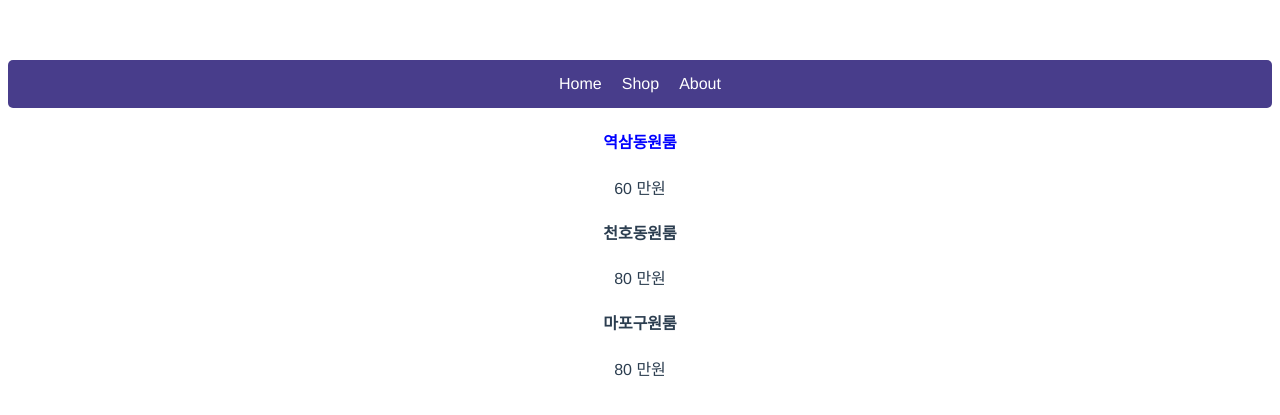
Repository: jy0813/Function
Page: / (app in function/)
An editor plug-in stored every save of this project. The page is shown before and after the next save, followed by the edit.
The browser window is 1280 px wide. The pictures show the whole page.
The project was rebuilt for these pictures with package versions that can differ from the ones it lists, and the page was loaded fresh each time.

Above is the page before, as saved 2022-02-23 14:41:55.

### function/src/App.vue
<template>
<div class="menu">
  <a v-for="item in menu" :key="item">{{item}}</a>
  </div>
<div>
  <h4 :style="style">{{products[0]}}</h4>
  <p>{{price1}} 만원</p>
</div>
<div>
  <h4>{{products[1]}}</h4>
  <p>{{price2}} 만원</p>
</div>
<div>
  <h4>{{products[2]}}</h4>
  <p>{{price2}} 만원</p>
</div>
</template>

<script>


export default {
  name: 'App',
  data() {
    return {
      price1: 60,
      price2: 80,
      price3: 100,
      style : 'color : blue',
      products:['역삼동원룸','천호동원룸','마포구원룸'],
      menu:['Home','Shop','About'],
    }
  }
}
</script>

<style>
#app {
  font-family: Avenir, Helvetica, Arial, sans-serif;
  -webkit-font-smoothing: antialiased;
  -moz-osx-font-smoothing: grayscale;
  text-align: center;
  color: #2c3e50;
  margin-top: 60px;
}

.menu {
  background: darkslateblue;
  padding: 15px;
  border-radius: 5px;
}

.menu a {
  color:white;
  padding:10px;
}


</style>

Loaded but not shown: function/public/index.html (common file); function/src/main.js (common file)

After the next save:
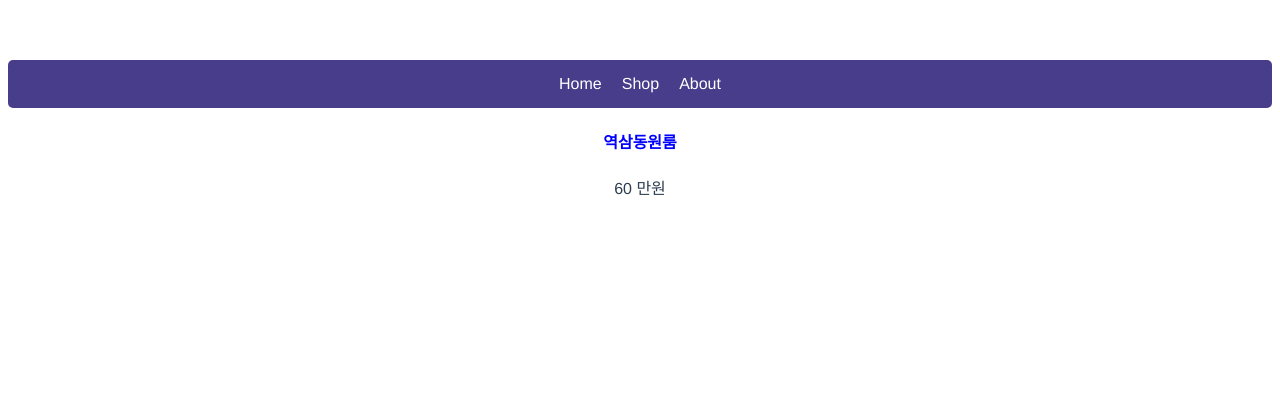
Saved 2 min 2 s later.
--- a/function/src/App.vue
+++ b/function/src/App.vue
@@ -1,18 +1,10 @@
 <template>
 <div class="menu">
-  <a v-for="item in menu" :key="item">{{item}}</a>
+  <a v-for="(item, i) in menu" :key="'item' + i">{{item}}</a>
   </div>
 <div>
   <h4 :style="style">{{products[0]}}</h4>
   <p>{{price1}} 만원</p>
-</div>
-<div>
-  <h4>{{products[1]}}</h4>
-  <p>{{price2}} 만원</p>
-</div>
-<div>
-  <h4>{{products[2]}}</h4>
-  <p>{{price2}} 만원</p>
 </div>
 </template>
 
